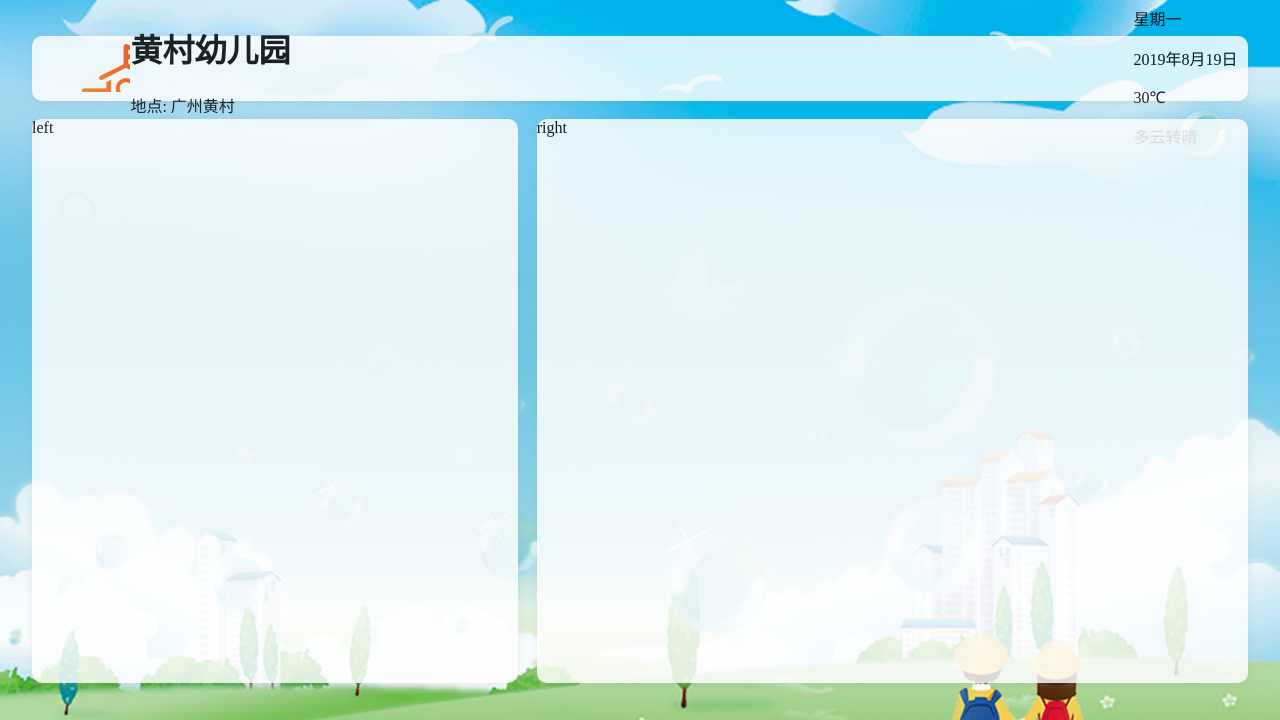
Repository: huangdesheng/classBrand
Page: / (app in classBrand/)
The author's editor kept a copy of each file at every save. The page is drawn from the files as they stood at one save, then again after the next save.
The browser window is 1280 px wide. The pictures show the whole page.
The project was rebuilt for these pictures with package versions that can differ from the ones it lists, and the page was loaded fresh each time.

Above is the page before, as saved 2019-08-23 10:13:08.

### classBrand/index.html
<!DOCTYPE html>
<html>

<head>
  <meta charset="utf-8">
  <meta name="viewport" content="width=device-width,initial-scale=1.0">
  <meta name="viewport"
    content="width=device-width, user-scalable=no, initial-scale=1.0, maximum-scale=1.0, minimum-scale=1.0">
  <meta name="x5-orientation" content="portrait">
  <!-- QQ应用模式 -->
  <meta name="x5-page-mode" content="app">
  <!-- windows phone 点击无高光 -->
  <meta name="msapplication-tap-highlight" content="no">
  <meta content=yes name=apple-mobile-web-app-capable>
  <meta content=yes name=apple-touch-fullscreen>
  <!-- 禁止将页面中的数字识别为电话号码 -->
  <meta name="format-detection" content="telephone=no,email=no">
  <title>classbrand</title>
</head>

<body>
  <div id="app"></div>
  <!-- built files will be auto injected -->
</body>

</html>

### classBrand/src/main.js
// The Vue build version to load with the `import` command
// (runtime-only or standalone) has been set in webpack.base.conf with an alias.
import Vue from 'vue'
import App from './App'
import router from './router'
import 'lib-flexible'

Vue.config.productionTip = false

/* eslint-disable no-new */
new Vue({
  el: '#app',
  router,
  components: {
    App
  },
  template: '<App/>'
})

### classBrand/src/App.vue
<template>
  <div id="app">
    <router-view />
  </div>
</template>

<script>
export default {
  name: "App"
};
</script>

<style lang="less">
.bt {
  width: 100vw;
  height: 100vh;
  background: url(./assets/bg/bg.png);
  background-size: 100% 100%;
  background-repeat: no-repeat;
  background-position: center;
  position: fixed;
  left: 0;
  top: 0;
  display: flex;
  justify-content: center;
  align-items: center;
}
#app {
  .bt;
}
</style>

### classBrand/src/router/index.js
import Vue from 'vue'
import Router from 'vue-router'
import index from '@/views/index'

Vue.use(Router)

export default new Router({
  routes: [{
    path: '/',
    name: 'index',
    component: index
  }]
})

### classBrand/src/views/index/index.vue
<template>
  <div id="index">
    <header>
      <ul>
        <li>
          <span></span>
          <div>
            <h1>黄村幼儿园</h1>
            <p>地点: 广州黄村</p>
          </div>
        </li>
        <li>
          <div>17:39</div>
          <div>
            <p>星期一</p>
            <p>2019年8月19日</p>
          </div>
          <div>
            <p>30℃</p>
            <p>多云转晴</p>
          </div>
        </li>
      </ul>
    </header>
    <section>
      <aside>left</aside>
      <aside>right</aside>
    </section>
  </div>
</template>

<script>
export default {};
</script>

<style lang="less" scoped>
.bt {
  background: rgba(255, 255, 255, 1);
  box-shadow: 0px 2px 7px 0px rgba(161, 157, 157, 0.23);
  opacity: 0.84;
  border-radius: 10px;
}
.img {
  width: 3rem;
  height: 3rem;
  background-size: cover;
  background-position: center center;
  background-repeat: no-repeat;
}
.flex {
  display: flex;
  justify-content: space-between;
  align-items: center;
}
#index {
  width: 95%;
  height: 90%;
  header {
    .bt;
    height: 10%;
    width: 100%;
    > ul {
      list-style: none;
      width: 95%;
      height: 100%;
      margin: 0 auto;
      display: flex;
      justify-content: space-between;
      align-items: center;
      li {
        &:nth-of-type(1) {
          .flex;
          > span {
            .img;
            background: url(../../assets/icon/index.png);
          }
        }
      }
    }
  }
  section {
    .flex;
    width: 100%;
    margin-top: 1.5%;
    height: 87%;
    aside {
      .bt;
      height: 100%;
      &:nth-of-type(1) {
        width: 40%;
        margin-right: 1.5%;
      }
      &:nth-of-type(2) {
        flex: 1;
      }
    }
  }
}
</style>

After the next save:
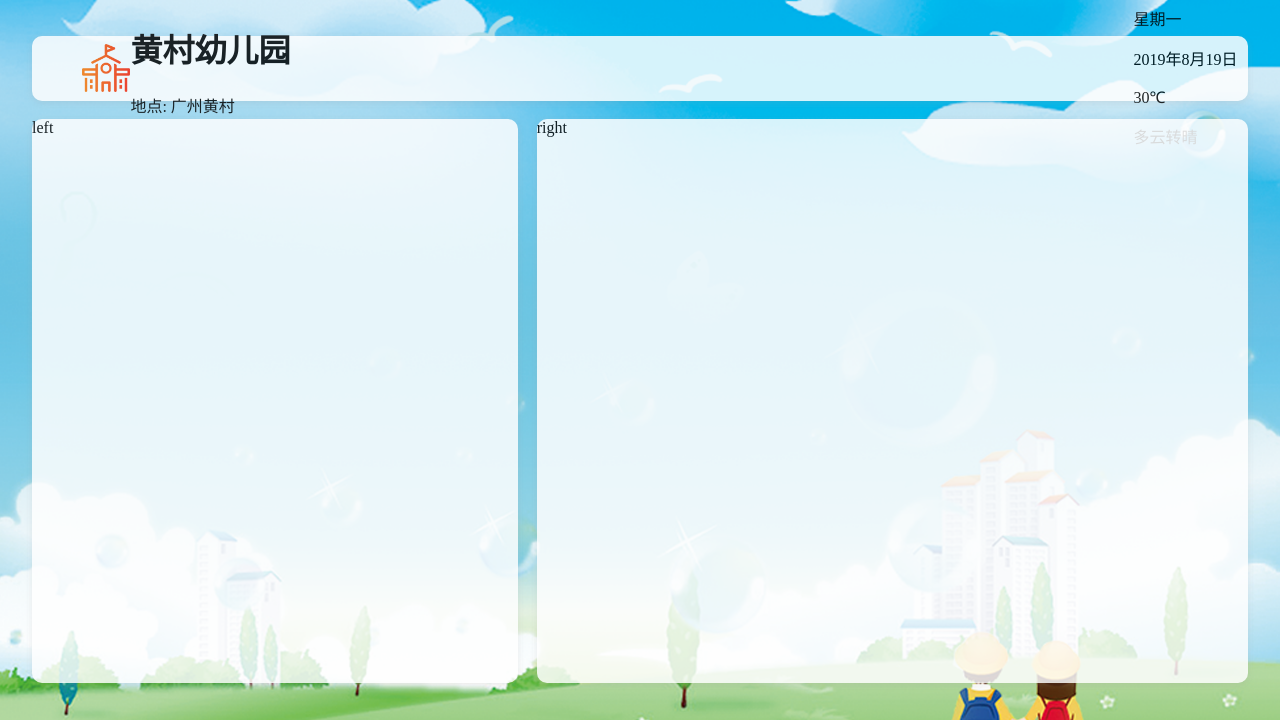
Saved 33 s later.
--- a/classBrand/src/views/index/index.vue
+++ b/classBrand/src/views/index/index.vue
@@ -71,8 +71,8 @@ export default {};
         &:nth-of-type(1) {
           .flex;
           > span {
+            background: url(../../assets/icon/index.png);
             .img;
-            background: url(../../assets/icon/index.png);
           }
         }
       }
